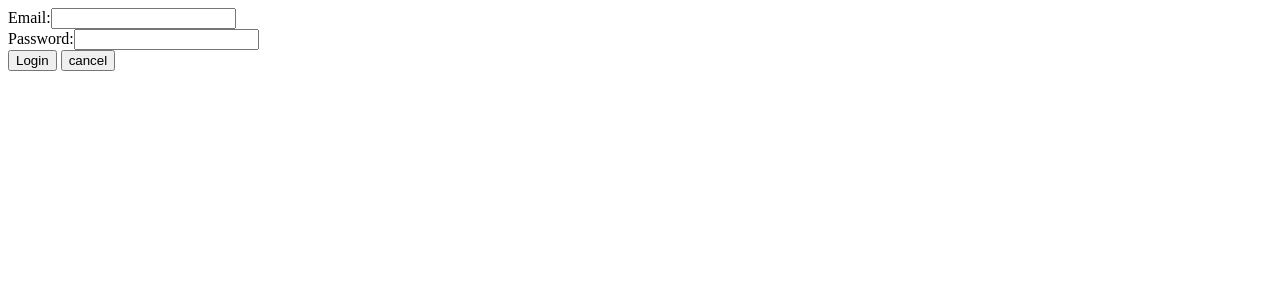
Repository: Sindhusrinivas25/Spring_calculator-project
Page: http://localhost/mvc_signup_login/login.jsp
The author's editor kept a copy of each file at every save. The page is drawn from the files as they stood at one save, then again after the next save.
The browser window is 1280 px wide. The pictures show the whole page.
The page is served by Tomcat 9. Other server files are loaded and not shown.

Above is the page before, as saved 2023-02-11 12:13:54.

### mvc_signup_login/src/main/webapp/login.jsp
<%@ page language="java" contentType="text/html; charset=ISO-8859-1"
    pageEncoding="ISO-8859-1"%>
<!DOCTYPE html>
<html>
<head>
<meta charset="ISO-8859-1">
<title>Login</title>
</head>
<body>
<form action="Login" method="post">
Email:<input type="text" name=email"><br>
Password:<input type="password" name="password" ><br>
<button>Login</button> <button type="reset">cancel</button>




</form>


</body>
</html>

After the next save:
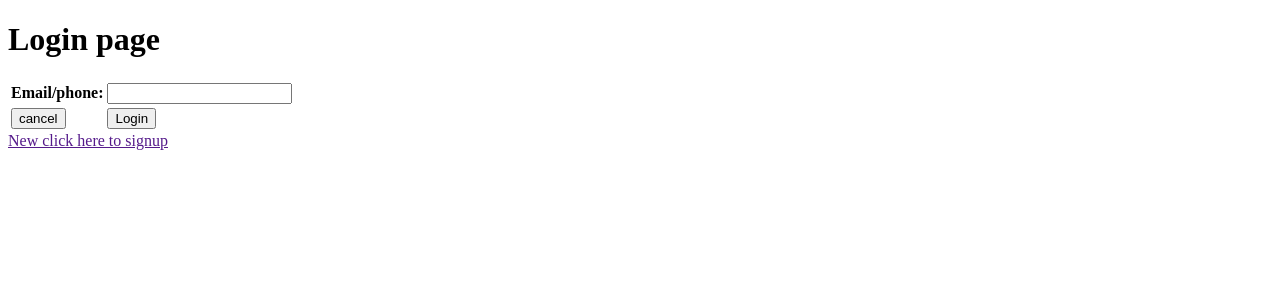
Saved 5 min 39 s later.
--- a/mvc_signup_login/src/main/webapp/login.jsp
+++ b/mvc_signup_login/src/main/webapp/login.jsp
@@ -7,16 +7,23 @@
 <title>Login</title>
 </head>
 <body>
-<form action="Login" method="post">
-Email:<input type="text" name=email"><br>
-Password:<input type="password" name="password" ><br>
-<button>Login</button> <button type="reset">cancel</button>
+<h1>Login page</h1>
+<form action="">
+<table>
+<tr>
+<th>Email/phone:</th>
+<td> <input type="password" name="pwd"></td>
+</tr>
+<tr>
+<td><button type="reset">cancel</button>
+<td><button>Login</button></td>
+</tr>
+</table>
+</form>
+<a href="">New click here to signup</a>
 
 
 
 
-</form>
-
-
 </body>
 </html>
